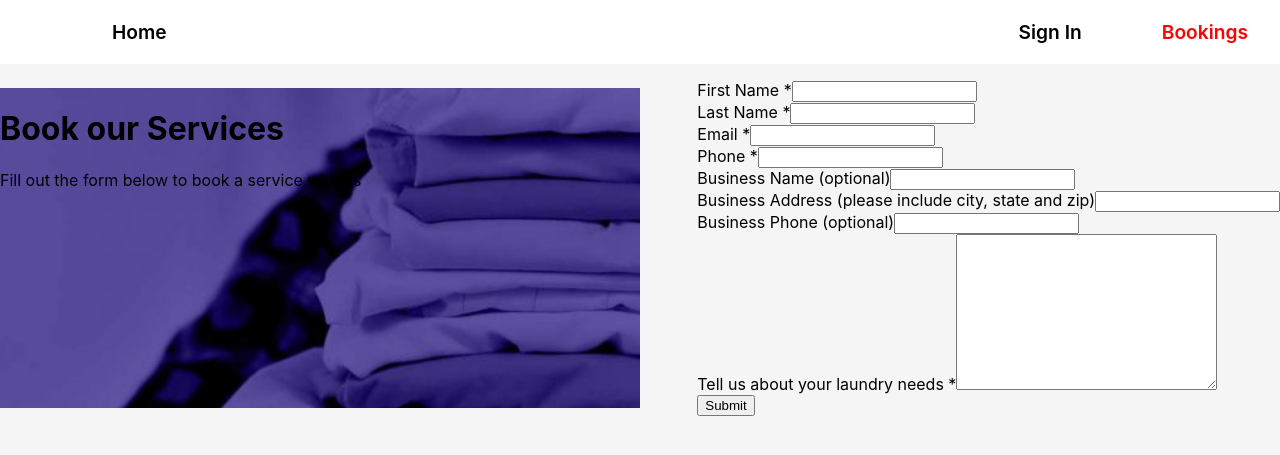
Repository: MikkyPrestige/fake-user-authentication
Page: /booking
The author's editor kept a copy of each file at every save. The page is drawn from the files as they stood at one save, then again after the next save.
The browser window is 1280 px wide. The pictures show the whole page.
The project was rebuilt for these pictures with package versions that can differ from the ones it lists, and the page was loaded fresh each time. Also part of the build but not shown: src/assets/styles/home.css, src/components/home.jsx.

Above is the page before, as saved 2022-11-20 03:06:48.

After the next save:
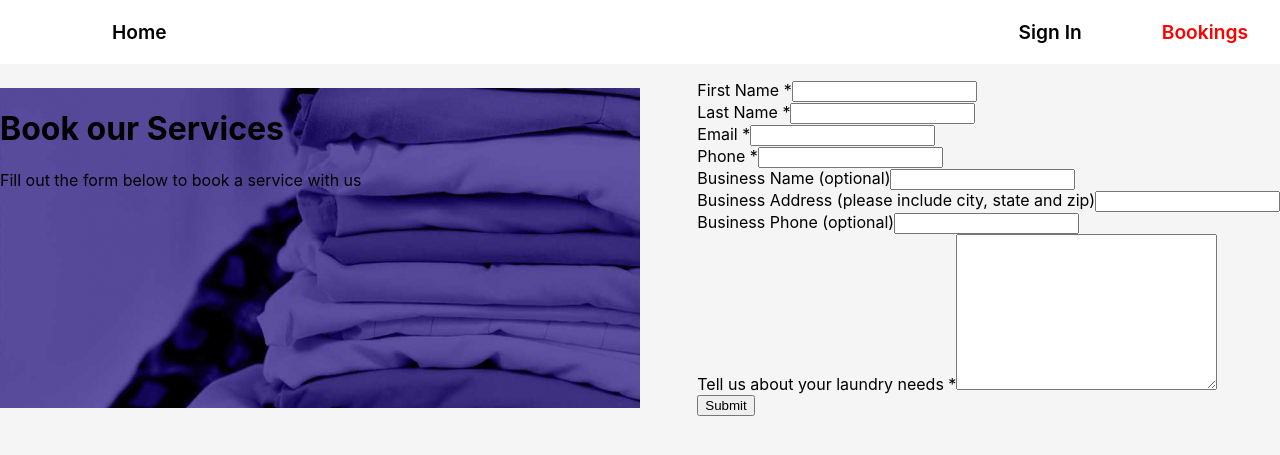
Saved 31 s later.
--- a/src/assets/styles/booking.css
+++ b/src/assets/styles/booking.css
@@ -14,8 +14,8 @@
   width: 50%;
   height: 20rem;
   background-image: url(../img/folded-clothes.jpeg);
-  background-repeat: no-repeat;
+  /* background-repeat: no-repeat;
   background-size: cover;
   background-position: center;
-  background-attachment: fixed;
+  background-attachment: fixed; */
 }

After the save that followed:
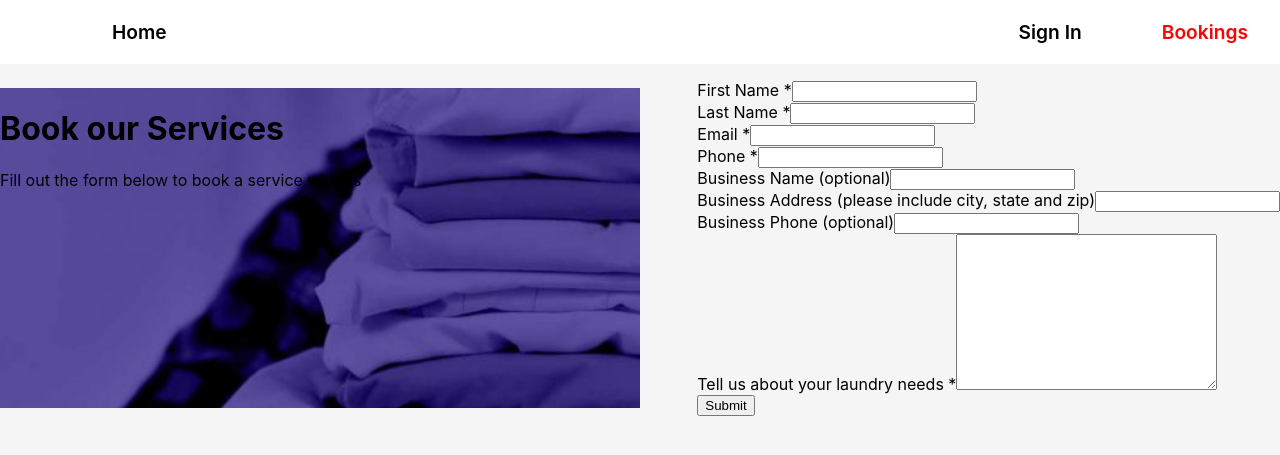
Saved 5 s later.
--- a/src/assets/styles/booking.css
+++ b/src/assets/styles/booking.css
@@ -14,8 +14,8 @@
   width: 50%;
   height: 20rem;
   background-image: url(../img/folded-clothes.jpeg);
-  /* background-repeat: no-repeat;
+  background-repeat: no-repeat;
   background-size: cover;
   background-position: center;
-  background-attachment: fixed; */
+  background-attachment: fixed;
 }
